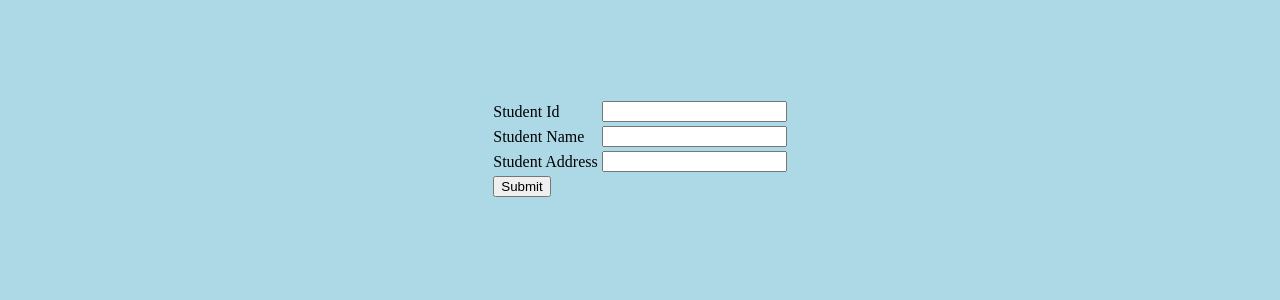
Repository: Rajkishorvarma/Servlets-Projects
Page: app28/WebContent/addform.html
The author's editor kept a copy of each file at every save. The page is drawn from the files as they stood at one save, then again after the next save.
The browser window is 1280 px wide. The pictures show the whole page.

Above is the page before, as saved 2020-02-29 19:47:01.

### app28/WebContent/addform.html
<!DOCTYPE html PUBLIC "-//W3C//DTD HTML 4.01 Strict//EN" "http://www.w3.org/TR/html4/strict.dtd">
<html>
<head>
<meta http-equiv="Content-Type" content="text/html; charset=ISO-8859-1">
<title>add</title>
</head>
<body bgcolor="lightblue">
<br><br><br><br><br>
<form method="post" action="add.do">
<table align="center">
<tr>
	<td>Student Id</td>
	<td><input type="text" name="sid"/></td>
</tr>
<tr>
	<td>Student Name</td>
	<td><input type="text" name="sname"/></td>
</tr>
<tr>
	<td>Student Address</td>
	<td><input type="text" name="saddr"/></td>
</tr>
<tr>
		<td><input type="submit" name="ADD"/></td>
</tr>
</table>
</form>
</body>
</html>

After the next save:
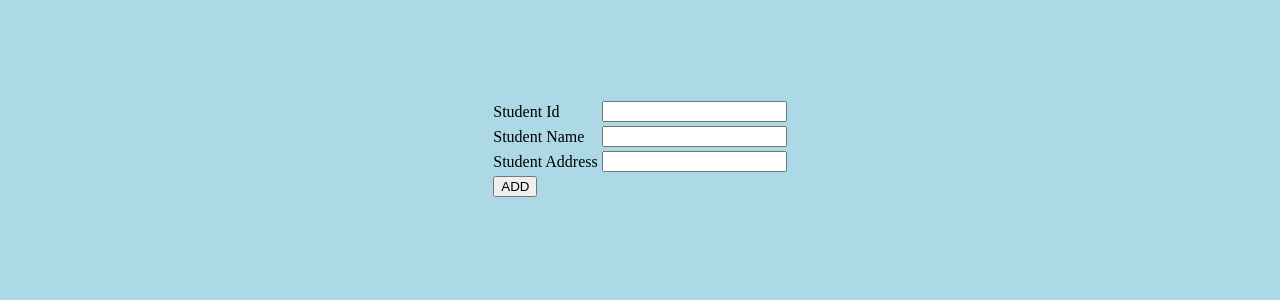
Saved 20 s later.
--- a/app28/WebContent/addform.html
+++ b/app28/WebContent/addform.html
@@ -21,7 +21,7 @@
 	<td><input type="text" name="saddr"/></td>
 </tr>
 <tr>
-		<td><input type="submit" name="ADD"/></td>
+		<td><input type="submit" value="ADD"/></td>
 </tr>
 </table>
 </form>
